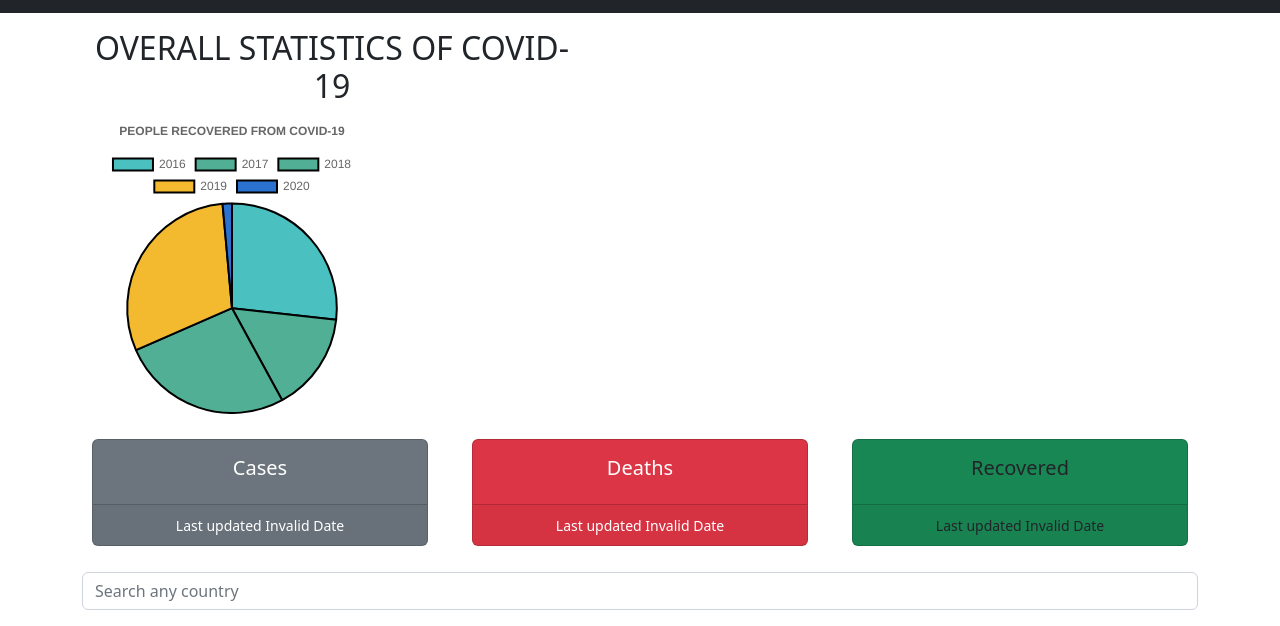
Repository: azizdeghais/CovidTracker
Page: /
An editor plug-in stored every save of this project. The page is shown before and after a run of saves, followed by the edit.
The browser window is 1280 px wide. The pictures show the part of the page from y = 313 to 939 px (the page is 939 px tall).
The page's requests for data from a server got no answer. The project was rebuilt for these pictures with package versions that can differ from the ones it lists, and the page was loaded fresh each time. No one was signed in, and anything a server would have sent is missing. Also part of the build but not shown: vite.config.js.

Above is the page before, as saved 2023-03-10 17:34:59.

After the next 2 saves:
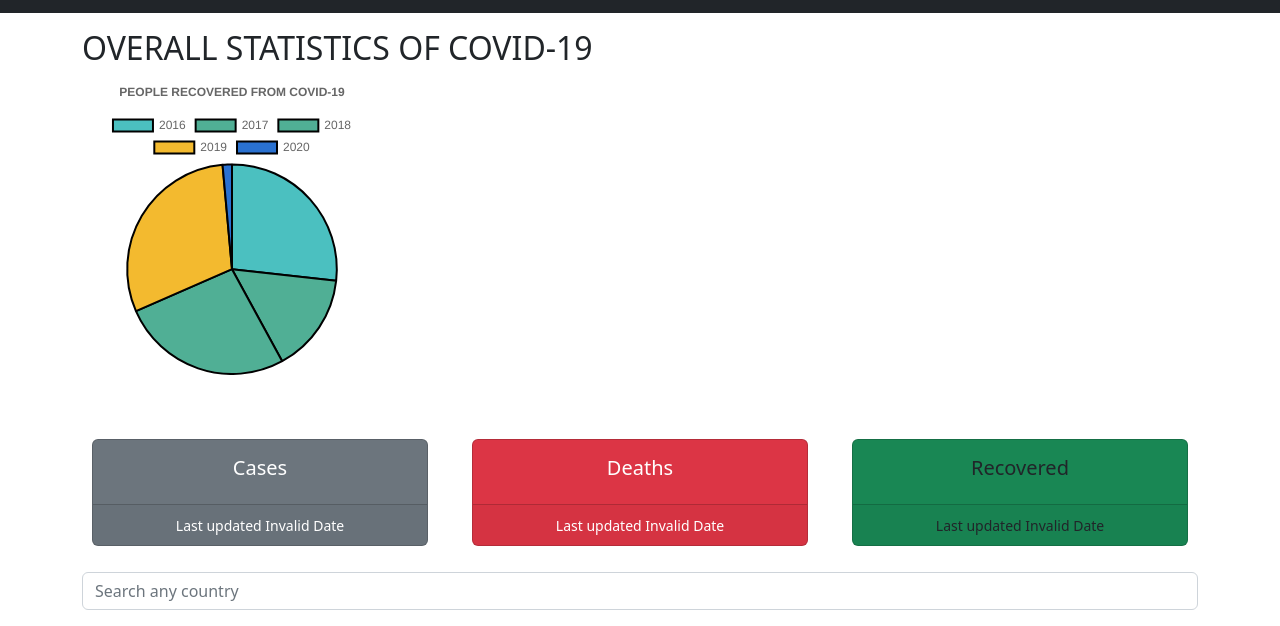
The 2 saves are shown as one change because they came seconds apart.
The last was saved 9 s later.
--- a/src/App.jsx
+++ b/src/App.jsx
@@ -107,7 +107,7 @@ function App() {
     <>
     <Nav/>
     <Container>
-    <div  style={{width:'500px',height:'300px',marginBottom:'100px',display:'flex'}}>
+    <div  style={{width:'1000px',height:'300px',marginBottom:'100px',display:'flex'}}>
         <PieChart chartData={chartData}/>
     </div>
 
